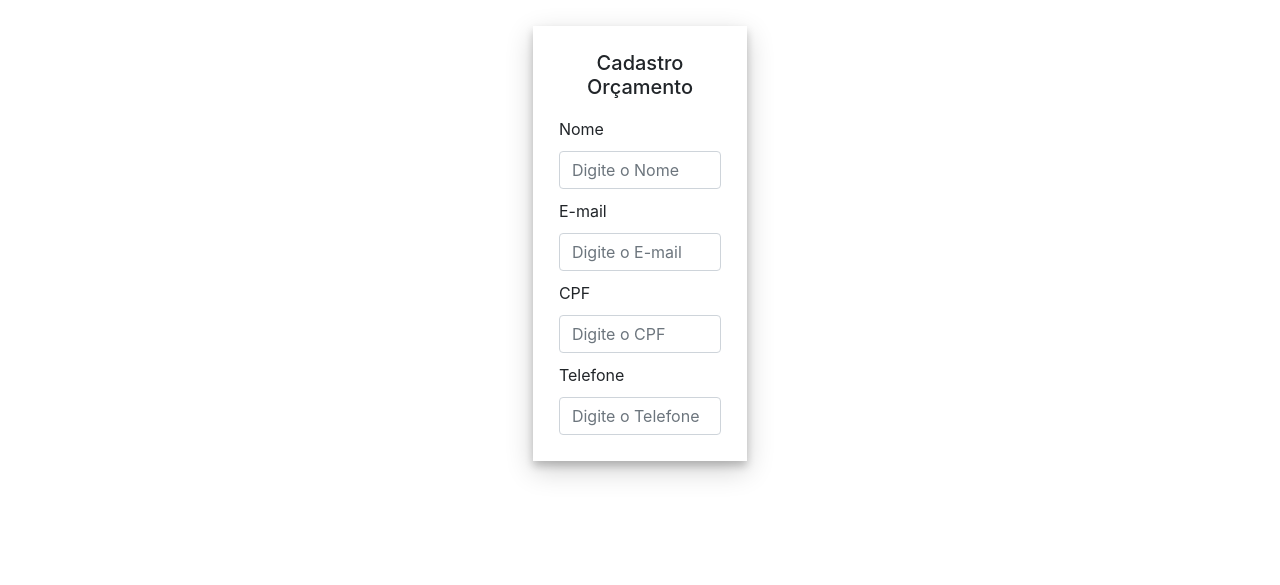
Repository: gabrielfeliphe/AssistenciaTecnica
Page: PI-AssistenciaTecnica/WebContent/pages/general/cadastro_orcamento.html
The author's editor kept a copy of each file at every save. The page is drawn from the files as they stood at one save, then again after the next save.
The browser window is 1280 px wide. The pictures show the whole page.
Some web libraries are served in a nearby version.

Above is the page before, as saved 2021-10-14 22:13:51.
Console error: TypeError: Cannot read properties of undefined (reading 'fn')

After the next save:
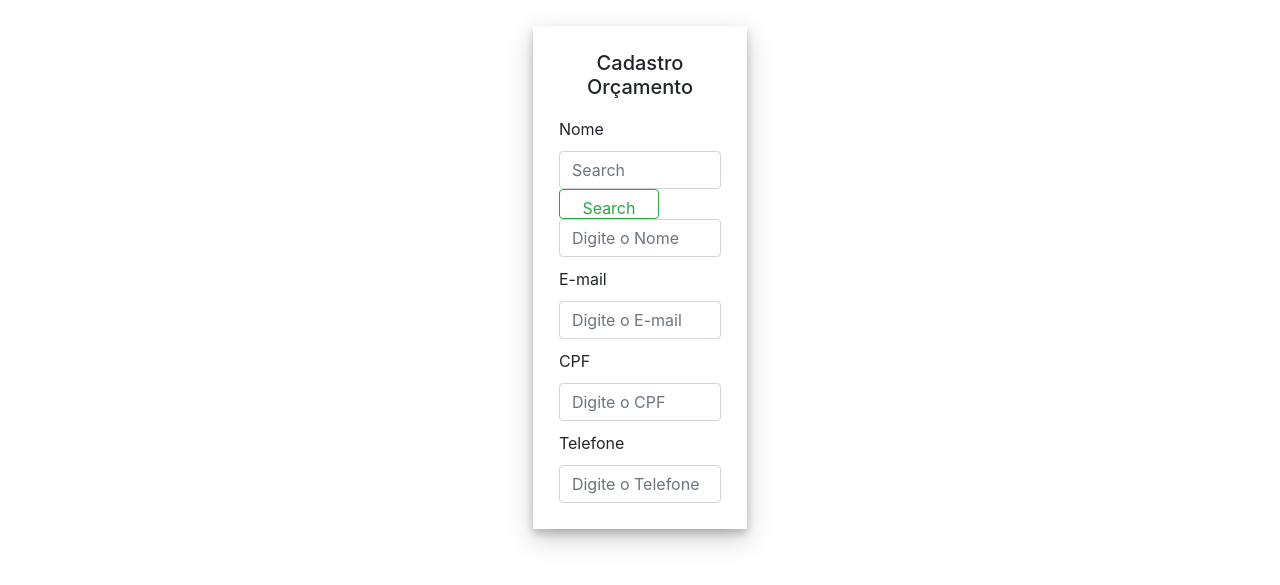
Saved 90 s later.
--- a/PI-AssistenciaTecnica/WebContent/pages/general/cadastro_orcamento.html
+++ b/PI-AssistenciaTecnica/WebContent/pages/general/cadastro_orcamento.html
@@ -18,6 +18,10 @@
 		<form>
 			 <h5 align="center">Cadastro Orçamento</h5>
 		 	<label>Nome</label>
+		 	<form class="form-inline my-2 my-lg-0">
+	      		<input class="form-control mr-sm-2" type="search" placeholder="Search" aria-label="Search">
+	     		<button class="btn btn-outline-success my-2 my-sm-0" type="submit">Search</button>
+   			 </form>
 		 	 <input type="text" class="form-control"  placeholder="Digite o Nome">
 		 	 <label>E-mail</label>
 		 	 <input type="email" class="form-control"  placeholder="Digite o E-mail">
